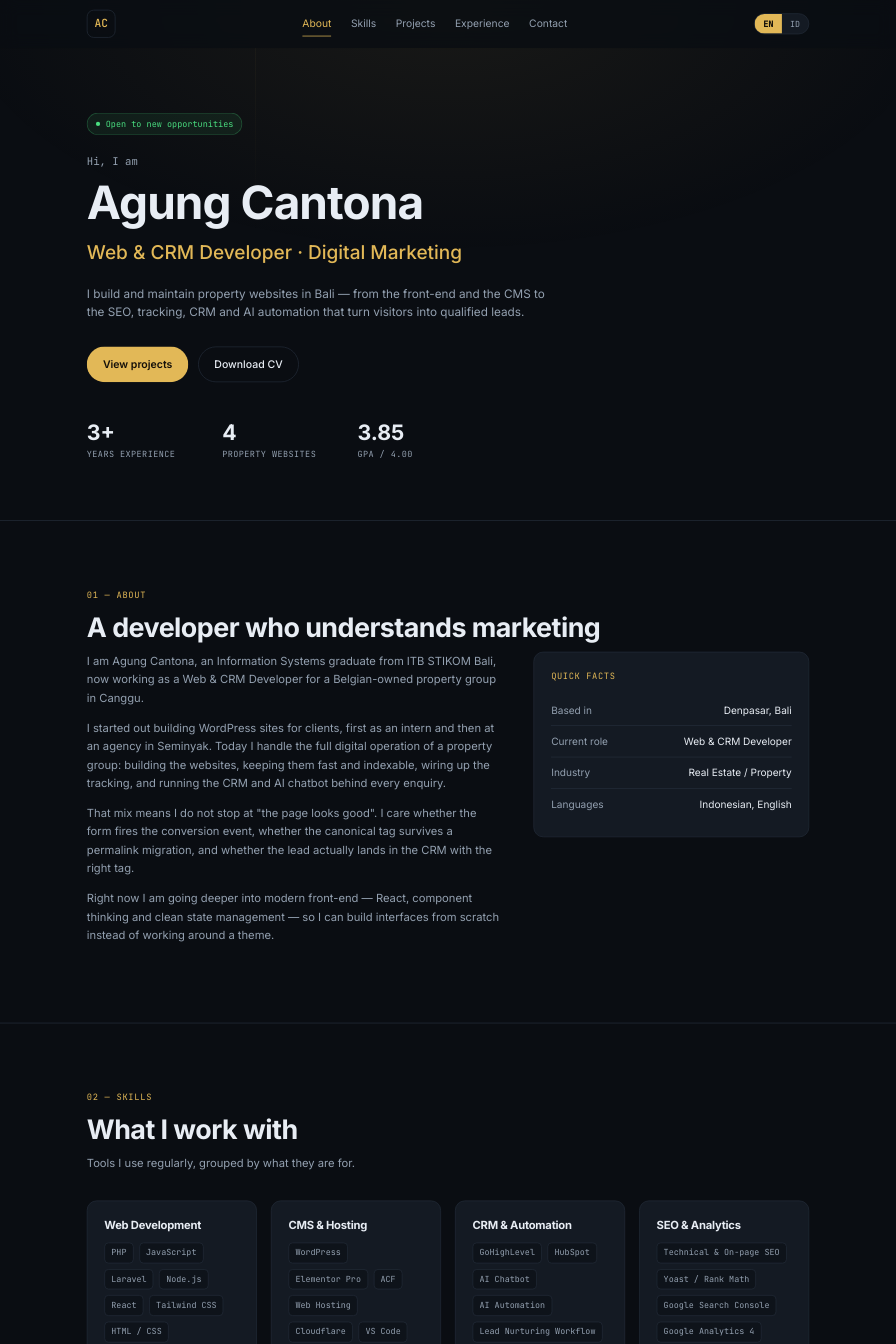
Repository: agungcantona/portfolio-react
Page: /
An editor plug-in stored every save of this project. The page is shown before and after the next save, followed by the edit.
The browser window is 1280 px wide. The pictures show the part of the page from y = 0 to 1920 px (the page is 6029 px tall), at 70% of full size.
The project was rebuilt for these pictures with package versions that can differ from the ones it lists, and the page was loaded fresh each time. Also part of the build but not shown: vite.config.js, src/hooks/useReveal.js.

Above is the page before, as saved 2026-11-09 20:20:46.

After the next save:
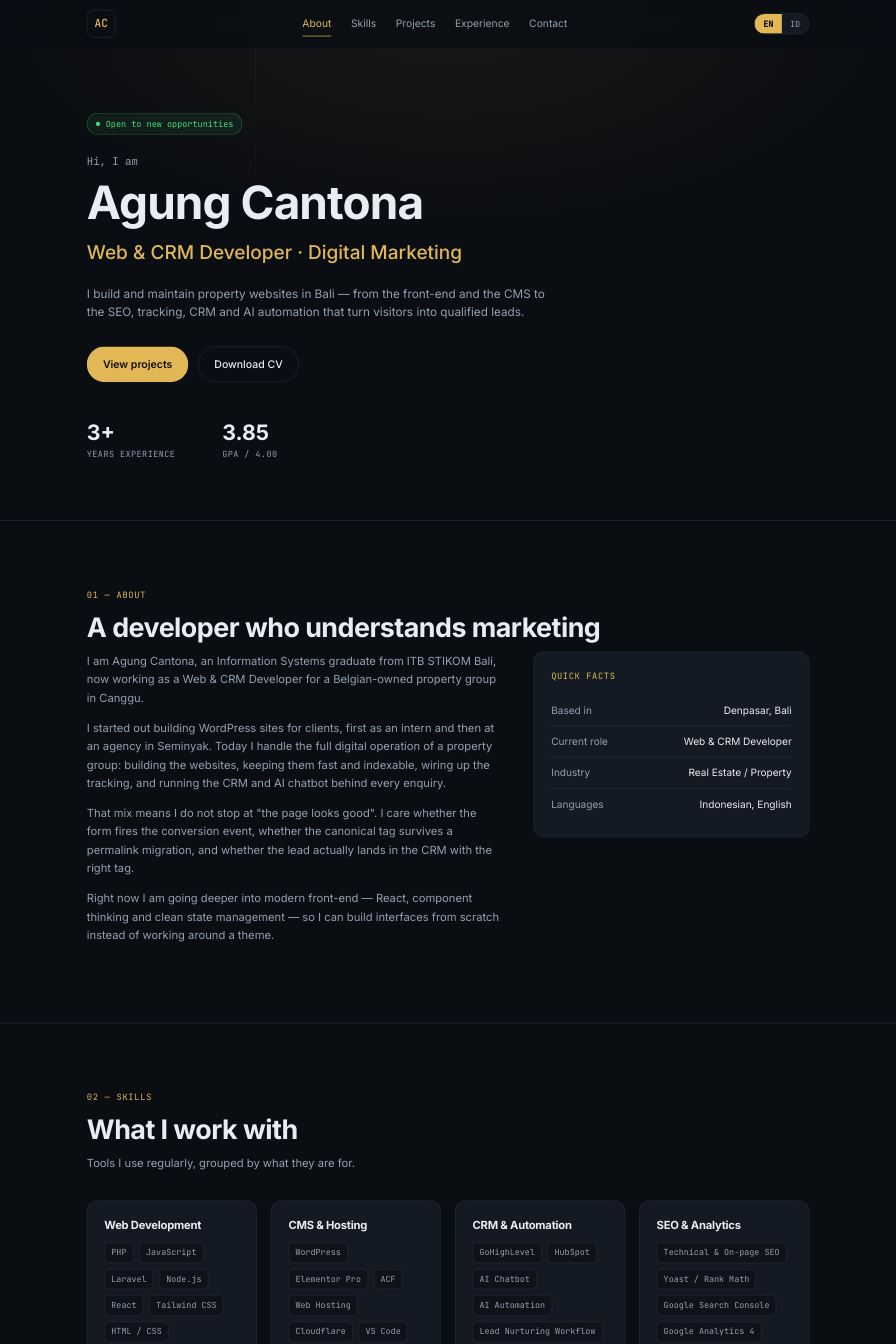
Saved 48 min 10 s later.
--- a/src/data/content.js
+++ b/src/data/content.js
@@ -345,7 +345,6 @@ export const content = {
       ctaSecondary: "Download CV",
       stats: [
         { value: "3+", label: "Years experience" },
-        { value: "4", label: "Property websites" },
         { value: "3.85", label: "GPA / 4.00" },
       ],
     },
